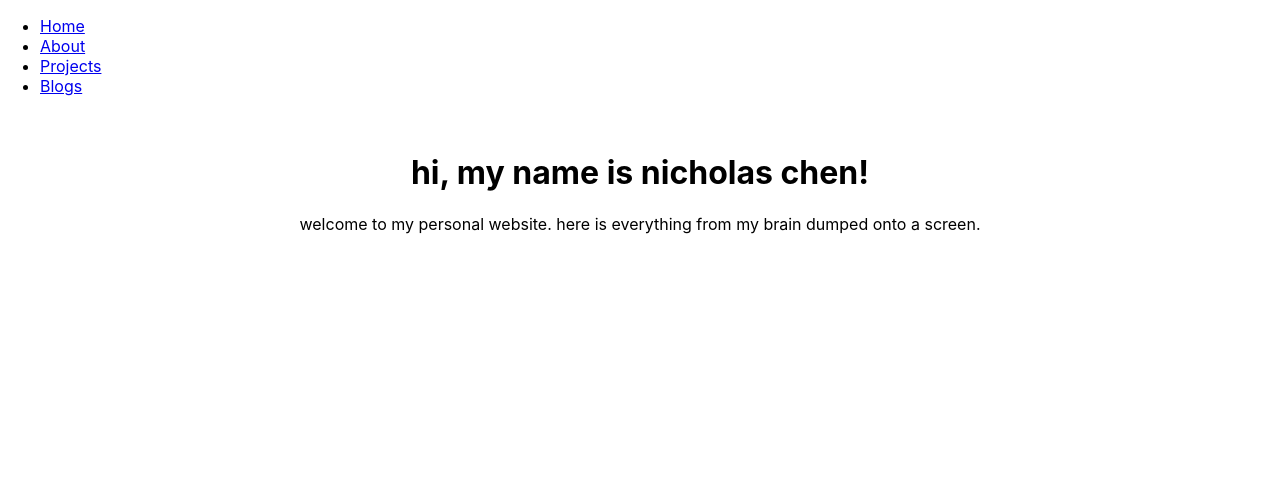
Repository: nicholaschen09/personalWebsite
Page: /
An editor plug-in stored every save of this project. The page is shown before and after the next save, followed by the edit.
The browser window is 1280 px wide. The pictures show the whole page.
The project was rebuilt for these pictures with package versions that can differ from the ones it lists, and the page was loaded fresh each time. Also part of the build but not shown: src/components/About.js, src/components/Projects.css, src/components/Projects.js, src/components/Blog.css, src/components/Blog.js, src/components/Miscellaneous.css, src/components/Miscellaneous.js, src/components/Design.css and 3 more.

Above is the page before, as saved 2024-05-23 13:08:19.

### src/App.js
import React from 'react';
import { BrowserRouter as Router, Route, Routes, Link } from 'react-router-dom';
import About from './components/About.js';
import Home from './components/Home.js';
import Projects from './components/Projects.js';
import Blog from './components/Blog.js';
import Miscellaneous from './components/Miscellaneous.js';
import Design from './components/Design.js';
import Engineering from './components/Engineering.js';

function App() {
  return (
    <Router>
      <div>
        <nav>
          <ul>
            <li>
              <Link to="/">Home</Link>
            </li>
            <li>
              <Link to="/about">About</Link>
            </li>
            <li>
              <Link to="/projects">Projects</Link>
            </li>
            <li>
              <Link to="/blogs">Blogs</Link>
            </li>
          </ul>
        </nav>

        <Routes>
          <Route path="/about" element={<About />} />
          <Route path="/" element={<Home />} />
          <Route path="/projects" element={<Projects />} />
          <Route path="/blogs" element={<Blog />} />
          <Route path="/projects/miscellaneous" element={<Miscellaneous />} />
          <Route path="/projects/design" element={<Design />} />
          <Route path="/projects/engineering" element={<Engineering />} />
        </Routes>
      </div>
    </Router>
  );
}

export default App;

### src/components/Home.js
// src/components/Home/Home.js
import React from 'react';
import './Home.css';

const Home = () => {
    return (
        <div className="home">
            <h1>hi, my name is nicholas chen! </h1>
            <p>welcome to my personal website. here is everything from my brain dumped onto a screen.</p>

        </div>
    );
};

export default Home;

### src/components/Home.css
/* src/components/Home/Home.css */
.home {
    text-align: center;
    padding: 20px;
}

### src/components/About.css
.about {
    text-align: center;
    padding: 10px;
    margin-left: auto;
    margin-right: auto;
    display: flex;
    justify-content: space-between;
}
.profilePic {
    width: 200px;
    height: 200px;
    margin-bottom: 20px;
}

.column {
    flex: 1;
    margin: 20px;
}

Loaded but not shown: public/index.html (common file); src/index.js (common file); src/index.css (common file); src/reportWebVitals.js (common file)

After the next save:
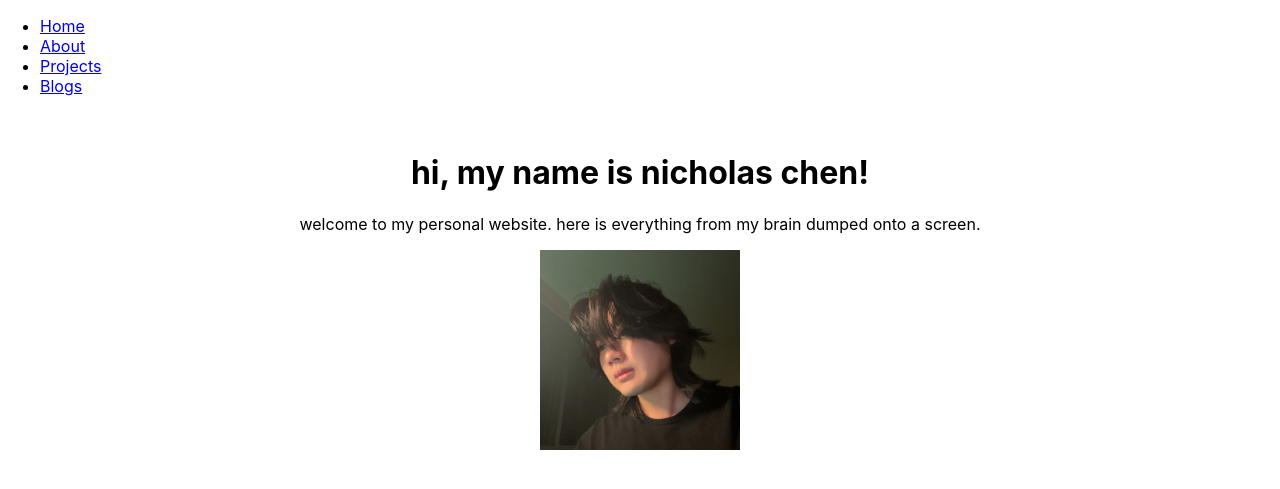
Saved 43 s later.
--- a/src/components/Home.js
+++ b/src/components/Home.js
@@ -7,7 +7,7 @@ const Home = () => {
         <div className="home">
             <h1>hi, my name is nicholas chen! </h1>
             <p>welcome to my personal website. here is everything from my brain dumped onto a screen.</p>
-
+            <img src={process.env.PUBLIC_URL + '/file.jpg'}alt="profilePic" className="profilePic" />
         </div>
     );
 };
